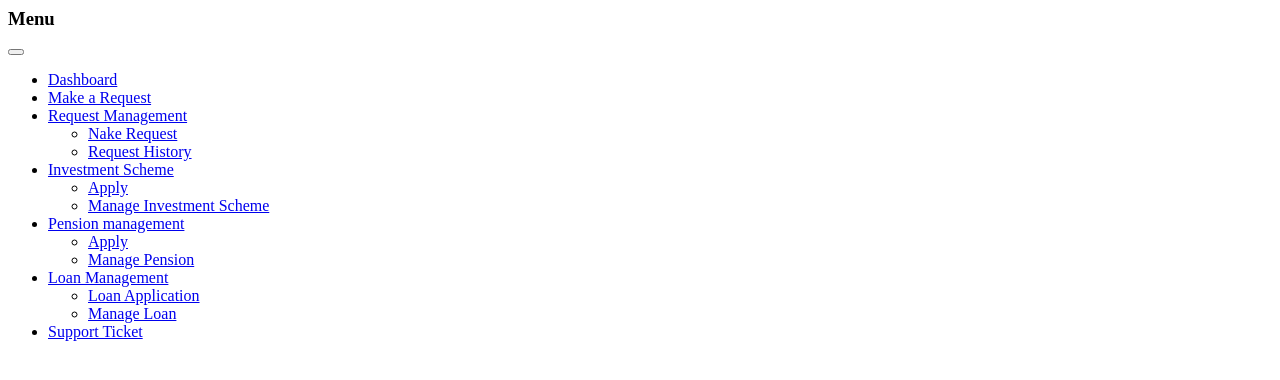
Repository: walterjnr1/crowdfunding-system
Page: http://localhost/student/sidebar.php
An editor plug-in stored every save of this project. The page is shown before and after the next save, followed by the edit.
The browser window is 1280 px wide. The pictures show the whole page.
The page is run by PHP 8.4 with error messages shown; the project is at /var/www/html/.

Above is the page before, as saved 2025-02-28 13:03:26.

After the next save:
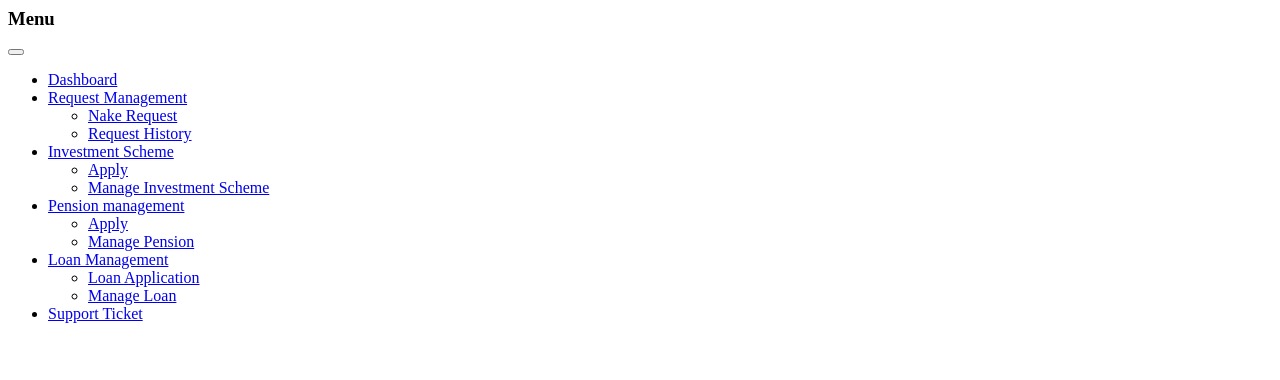
Saved 4 s later.
--- a/student/sidebar.php
+++ b/student/sidebar.php
@@ -10,9 +10,6 @@
       <ul id="respMenu" class="ace-responsive-menu" data-menu-style="horizontal">
         <li><a href="index.php"><i class="fa fa-dashboard"></i> <span>Dashboard</span></a>
             </li>
-			<li><a href="request.php"><i class="fa fa-euro"></i> <span>Make a Request</span></a>
-            </li>
-
 
 
         <li><a href="#"><i class="fa fa-money"></i> <span>Request Management</span></a>
